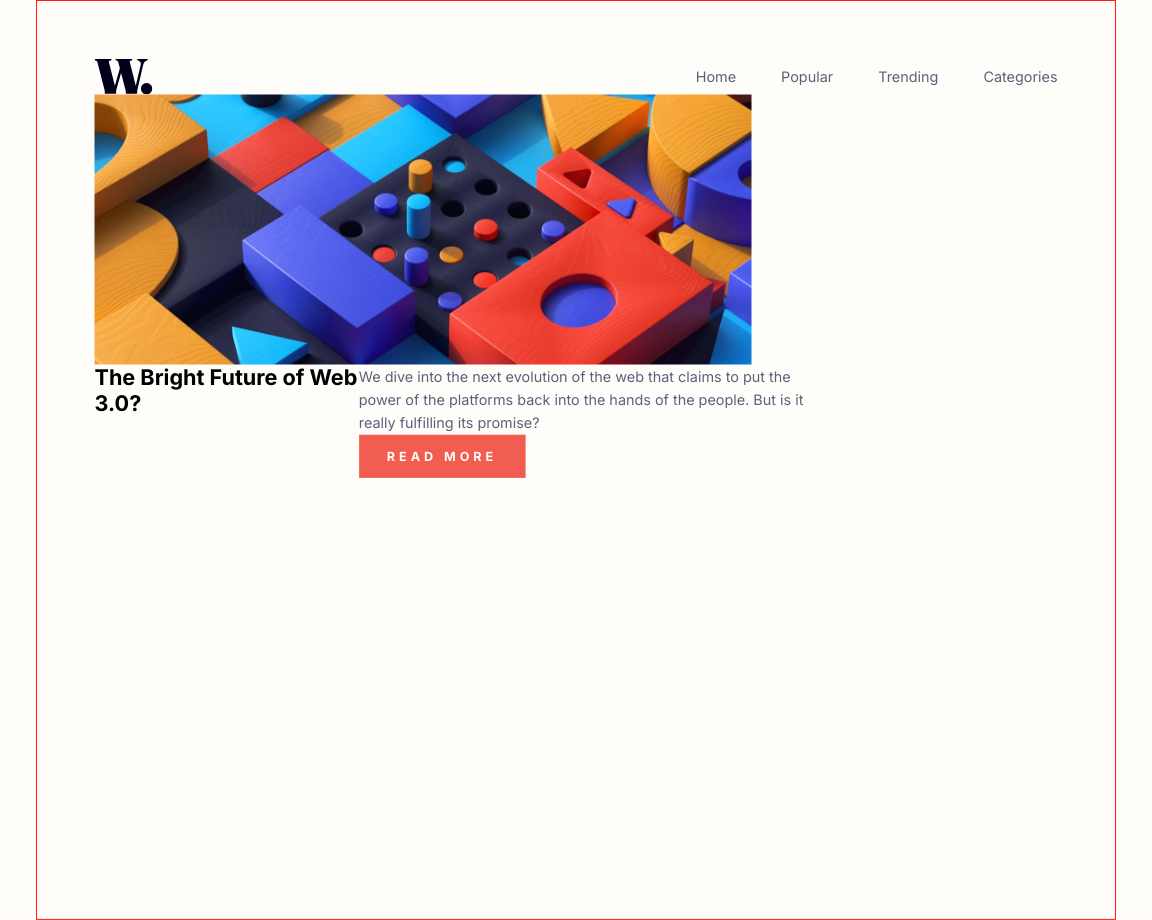
Repository: Arkitecth/news-webpage
Page: index.html
An editor plug-in stored every save of this project. The page is shown before and after the next save, followed by the edit.
The browser window is 1280 px wide. The pictures show the whole page, at 90% of full size.

Above is the page before, as saved 2023-06-07 20:36:26.

### index.html
<!DOCTYPE html>
<html lang="en">
<head>
  <meta charset="UTF-8">
  <meta name="viewport" content="width=device-width, initial-scale=1.0"> <!-- displays site properly based on user's device -->
  <title>News homepage</title>
  <link rel="stylesheet" media="screen and (max-width:1440px)"href="style.css">
  <link rel="stylesheet" media="screen and (min-width:320px) and (max-width:768px)" href="mobile.css">
</head>
<body>
  <main>
    <nav class="flex-container">
      <img class="logo" src="assets/images/logo.svg" alt="logo">
      <div class="hamburger-menu">
        <img class="icon-menu" src="assets/images/icon-menu.svg" alt="icon-menu">
          <ul class="menu-items">
            <li><a href="#"> Home </a> </li>
            <li><a href="#"> Popular </a></li>
            <li><a href="#">Trending </a></li>
            <li><a href="#">Categories</a></li>
          </ul>
      </div>
    </nav>

    <div class="showcase">
      <section class="showcase-card">
        <img class="background-image" src="assets/images/image-web-3-mobile.jpg" alt="background-image">
        <h1>The Bright Future of Web 3.0? </h1>
        <p> We dive into the next evolution of the web that claims to put the power of the platforms back into the hands of the people.
          But is it really fulfilling its promise? </p>
        <a class="primary-btn" href="#">Read more </a>
      </section>

      <!-- <section class="news-card">
        <h2>New</h2>
        <article>
          <h3>Hydrogen VS Electric Cars</h3>
          <p>Will hydrogen-fueled cars ever catch up to EVs?  </p>
        </article>

        <article>
          <h3>The Downsides of AI Artistry </h3>
          <p>What are the possible adverse effects of on-demand AI image generation?</p>
        </article>
        <article>
          <h3>Is VC Funding Drying Up?</h3>
          <p>Private funding by VC firms is down 50% YOY. We take a look at what that means.</p>
        </article>
    </section>

    <section class="game-card">
      <article>
        <img src="assets/images/image-retro-pcs.jpg" alt="image-retro-pcs">
        <div class="game-content">
          <h2>01</h2>
          <h3>Reviving Retro PCs</h3>
          <p>What happens when old PCs are given modern upgrades?</p>
        </div>
      </article>

      <article>
        <img src="assets/images/image-top-laptops.jpg" alt="image-top-laptops">
        <div class="game-content">
          <h2>02</h2>
          <h3>Top 10 Laptops of 2022</h3>
          <p>Our best picks for various needs and budgets.</p>
        </div>
      </article>

      <article>
        <img src="assets/images/image-gaming-growth.jpg" alt="image-top-laptops">
        <div class="game-content">
          <h2>03</h2>
          <h3>The Growth of Gaming</h3>
          <p>How the pandemic has sparked fresh opportunities.</p>
        </div>
      </article>

    </section> -->

    </div>
  </main>
<script src="script.js"></script>

</body>
</html>

### style.css
@import url('https://fonts.googleapis.com/css2?family=Inter:wght@400;700;800&display=swap');

:root {
    --dark-primary: #00001A;
    --dark-secondary:#5E607A;
    --almost-white:#FFFDFA;
    --primary-color:#F15D51;
    --list-color:#5E607A
}

/* Main Styling */
* {
    margin: 0;
    padding: 0;
    box-sizing: border-box;
}


p {
    color: #5E607A;
    line-height: 26px;
}

body {
    font-family: 'Inter', sans-serif;
    background: #FFFDFA;
}

.primary-btn {
    text-decoration: none;
    text-transform: uppercase;
    background-color: var(--primary-color);
    color: var(--almost-white);
    width: 185px;
    height: 48px;
    font-weight: 700;
    font-size: 14px;
    text-align: center;
    padding-top: 15px;
    letter-spacing: 4.38px;
}


.primary-btn:hover {
    background-color: #00001A;
}


main {
    max-width: 1200px;
    margin: auto;
    padding: 4rem 4rem;
    overflow: hidden;
    border: 1px solid red;
}

/* .showcase {
    display: grid;
    grid-template-columns: 1fr 1fr;
    grid-template-rows: 1fr 1fr 1fr;
} */

.icon-menu {
    display: none;
}

.flex-container {
    display: flex;
    justify-content: space-between;
    align-items: center;
}

.menu-items li  {
    list-style-type: none;
}
.menu-items {
    display: flex;
    justify-content: space-evenly;
    gap: 50px;
}
.menu-items li a {
    color: var(--list-color);
    text-decoration: none;
}

.menu-items li a:hover {
    color: var(--primary-color);
}

.background-image {
    content: url("assets/images/image-web-3-desktop.jpg");
    width: 730px;
}

/* Showcase */

.showcase {
    display: grid;
    grid-template-columns: 1fr 1fr 1fr;
    grid-template-rows: 1fr 1fr;
}

.showcase-card .background-image {
    grid-row: 1;
    grid-column: 1 / span 3;
}

.showcase-card {
    display: grid;
    grid-template-rows: auto auto auto;
    grid-template-columns: auto auto auto;
}

.showcase-card h1 {
    grid-row-start: 2;
}

.showcase-card p {
    grid-row-start: 2;
    grid-column: 2 / span 3;
}

.showcase-card a {
    grid-row: 3;
    grid-column: 2 / span 3;
}
/* .news-card {
    display: grid;
    justify-content: center;
    background-color: black;
    color: #FFFDFA;
    margin: 100px 30px 0 30px;
    padding-left: 20px;
}

.news-card h2 {
    color: #E9AA52;
    font-size: 2rem;
    padding-top: 1rem;
}

.news-card article h3 {
    padding-bottom: 1.5rem;
    padding-top: 2rem;
}

.news-card article p {
    padding-bottom: 1.5rem;
    border-bottom: 1px solid #5E607A;
    color: #C5C6CE;
} */

### script.js
const hamburger = document.querySelector(".hamburger-menu");
const iconMenu = document.querySelector(".icon-menu");
const menuItems = document.querySelector(".menu-items");
const backgroundImage = document.querySelector(".background-image");

const body = document.querySelector("body");
iconMenu.addEventListener("click", () => {
    hamburger.classList.toggle("menu-box");
    iconMenu.classList.toggle("toggle-icon");
    menuItems.classList.toggle("toggle-menu-items");
    body.classList.toggle("toggle-dark");
    backgroundImage.classList.toggle("toggle-background-brightness");
})
iconMenu.src = "assets/images/icon-menu.svg";

### mobile.css
:root {
    --dark-primary: #00001A;
    --dark-secondary:#5E607A;
    --almost-white:#FFFDFA;
    --primary-color:#F15D51;
}
main {
    display: grid;
    grid-template-rows: auto auto auto auto;
}

.flex-container {
    display: flex;
    justify-content: space-between;
    align-items: center;
}

.container {
    margin: 1.25rem;
}

.logo {
    margin: 1.25rem;
}


/* Menu and Nav */
.icon-menu {
    display: block;
}
.menu-items {
    list-style-type: none;
    display: none;
    font-size: 1.125rem;
}

.menu-items li {
    padding: 20px;
}


.menu-items li a {
    text-decoration: none;
    color: #00001A;

}


.hamburger-menu {
    margin: 20px;
}

.toggle-dark {
    background-color: rgba(18, 23, 37, 0.6);
}

.menu-box {
    position: absolute;
    margin: 0;
    top: 0;
    right: 0;
    height: 100vh;
    width: 40vh;
    background-color: var(--almost-white);
    z-index: 1;
}


.toggle-icon {
    content: url("assets/images/icon-menu-close.svg");
    padding-top: 20px;
    margin-left: 80%;
}

.toggle-menu-items {
    display: block;
    padding: 20px;
}

.toggle-background-brightness {
    filter: brightness(50%);
}

.showcase {
    display: block;
}

/* Showcase Card */

.background-image {
    width: 343px;
}

.showcase-card {
    display: grid;
    grid-template-rows: repeat(1fr 1fr 1fr 1fr);
    align-content: center;
    justify-content: center;
}

.showcase-card h1 {
    font-size: 2.5rem;
    font-weight: 800;
    width: 21.4375rem;
    padding: 1rem 0 1rem 0;
}

.showcase-card p {
    width: 21.4375rem;
}

.primary-btn {
    margin-top: 20px;
}

.primary-btn {
    text-decoration: none;
    text-transform: uppercase;
    background-color: var(--primary-color);
    color: var(--almost-white);
    width: 185px;
    height: 48px;
    font-weight: 700;
    font-size: 14px;
    text-align: center;
    padding-top: 15px;
    letter-spacing: 4.38px;
}


.primary-btn:hover {
    background-color: #00001A;
}

/* News Card */
.news-card {
    display: grid;
    justify-content: center;
    background-color: black;
    color: #FFFDFA;
    margin: 100px 30px 0 30px;
    padding-left: 20px;
}

.news-card h2 {
    color: #E9AA52;
    font-size: 2rem;
    padding-top: 1rem;
}

.news-card article h3 {
    padding-bottom: 1.5rem;
    padding-top: 2rem;
}

.news-card article p {
    padding-bottom: 1.5rem;
    border-bottom: 1px solid #5E607A;
    color: #C5C6CE;
}

/* Game Card */

.game-card {
    display: grid;
    grid-template-rows: 1fr 1fr 1fr;
    margin: 100px 30px 0 30px;
    justify-content: center;
    padding-bottom: 100px;
    align-items: center;
    gap:30px
}

.game-card img {
    width: 100px;
    height: 129px;
}

.game-card article {
    display: grid;
    grid-template-columns: auto 1fr;
}

.game-content {
   padding-left: 20px;
}

.game-content h2 {
    color: #C5C6CE;
    font-size: 2rem;
    padding-bottom: 0.5rem;
}

.game-content h3 {
    padding-bottom: 1rem;
}

After the next save:
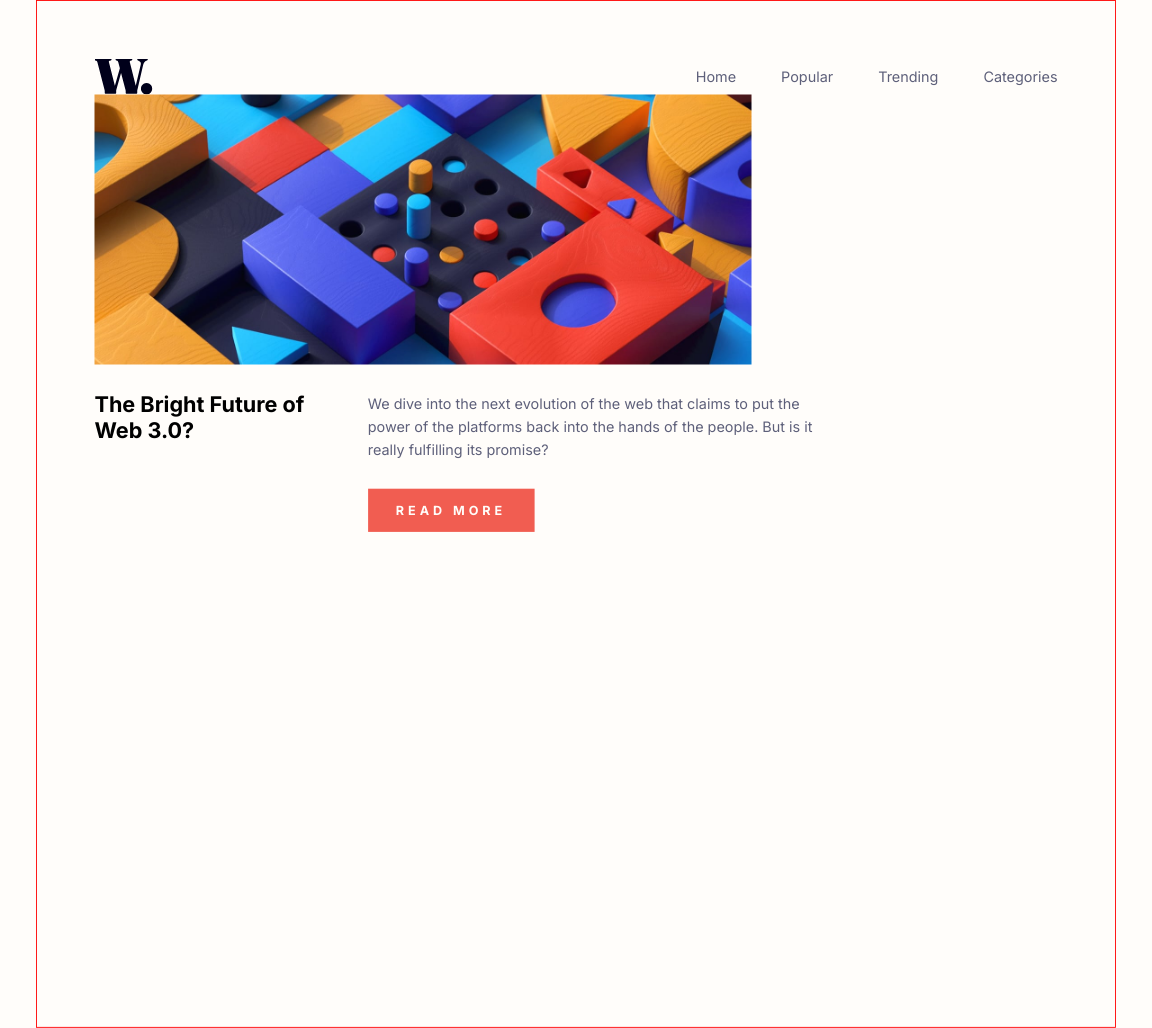
Saved 18 s later.
--- a/style.css
+++ b/style.css
@@ -109,6 +109,8 @@
     display: grid;
     grid-template-rows: auto auto auto;
     grid-template-columns: auto auto auto;
+    gap: 30px
+    ;
 }
 
 .showcase-card h1 {
